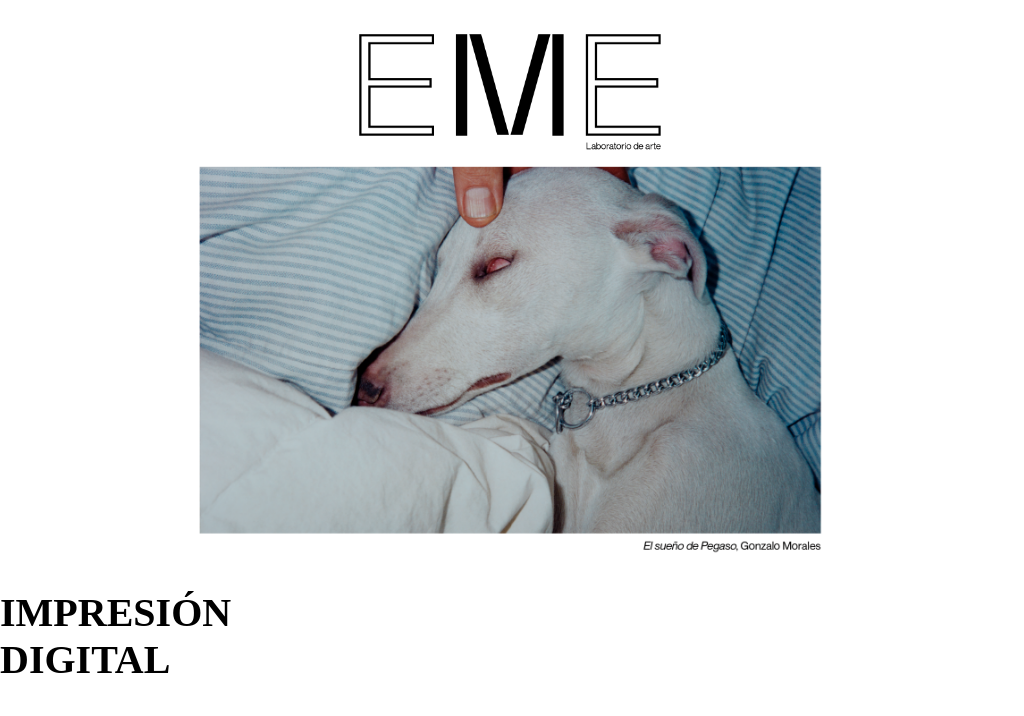
Repository: Manuelujano/eme-lab
Page: /
These files come from the project's save history. The page is drawn as it stood at one moment and after the next save; the edit follows.
The browser window is 1280 px wide. The pictures show the whole page, at 80% of full size.
Some web fonts or font styles are not loaded; a fallback is used. The project was rebuilt for these pictures with package versions that can differ from the ones it lists, and the page was loaded fresh each time. Also part of the build but not shown: src/components/Motion.js, src/components/Prueba.js, src/components/Digital.js, src/components/Trail.js.

Above is the page before, as saved 2020-10-23 16:56:11.

### public/index.html
<!DOCTYPE html>
<html lang="en">
  <head>
    <meta charset="utf-8" />
    <link rel="icon" href="%PUBLIC_URL%/favicon.ico" />
    <meta name="viewport" content="width=device-width, initial-scale=1" />
    <meta name="theme-color" content="#000000" />
    <link href="//db.onlinewebfonts.com/c/7980cc1889b6b0b264dc47cca659f7c2?family=Neue+Montreal" rel="stylesheet" type="text/css"/>
    <meta
      name="description"
      content="Web site created using create-react-app"
    />
    <link rel="apple-touch-icon" href="%PUBLIC_URL%/logo192.png" />
    <!--
      manifest.json provides metadata used when your web app is installed on a
      user's mobile device or desktop. See https://developers.google.com/web/fundamentals/web-app-manifest/
    -->
    <link rel="manifest" href="%PUBLIC_URL%/manifest.json" />
    <!--
      Notice the use of %PUBLIC_URL% in the tags above.
      It will be replaced with the URL of the `public` folder during the build.
      Only files inside the `public` folder can be referenced from the HTML.

      Unlike "/favicon.ico" or "favicon.ico", "%PUBLIC_URL%/favicon.ico" will
      work correctly both with client-side routing and a non-root public URL.
      Learn how to configure a non-root public URL by running `npm run build`.
    -->
    <title>React App</title>
  </head>
  <body>
    <noscript>You need to enable JavaScript to run this app.</noscript>
    <div id="root"></div>
    <!--
      This HTML file is a template.
      If you open it directly in the browser, you will see an empty page.

      You can add webfonts, meta tags, or analytics to this file.
      The build step will place the bundled scripts into the <body> tag.

      To begin the development, run `npm start` or `yarn start`.
      To create a production bundle, use `npm run build` or `yarn build`.
    -->
  </body>
</html>

### src/index.js
import React from 'react';
import ReactDOM from 'react-dom';
import { BrowserRouter } from 'react-router-dom';
import './index.css';
import App from './App';


ReactDOM.render(
  <BrowserRouter>
    <App />
  </BrowserRouter>,
  document.getElementById('root')
);

### src/index.css
body {
  margin: 0;
  font-family: "Neue Montreal";
  -webkit-font-smoothing: antialiased;
  -moz-osx-font-smoothing: grayscale;
}
@font-face {
  font-family: 'Montreal';
  src: url(font/NeueMontreal-Regular.woff);
  font-style: normal;
  font-weight: 100;

}
@font-face {
  font-family: 'Montreal';
  src: url(font/NeueMontreal-RegularItalic.woff);
  font-style: italic;
  font-weight: 100;
}

.trails-main {
  position: relative;
  width: 100%;
  height: 100%;
  overflow: hidden;
  cursor: pointer;
  display: flex;
  justify-content: center;
  align-items: center;
  transform: rotate(90deg);
}

.trails-text {
  position: relative;
  width: 100%;
  height: 70px;
  line-height:70px;
  color: black;
  font-size: 4em;
  font-weight: 100;
  text-transform: uppercase;
  will-change: transform, opacity;
  overflow: hidden;
}

.trails-text > div {
  overflow: hidden;
}
code {
  font-family: source-code-pro, Menlo, Monaco, Consolas, 'Courier New',
    monospace;
}

.logo {
  display: block;
  margin: auto;
  width: 400px;
  padding-top: 2em;
}

.pegaso {
  display: block;
  margin: auto;
  width: 800px;
}

.digital {
  font-size: 50px;
}

### src/App.js
import React from 'react';
import Header from './components/Header';
import Motion from './components/Motion';
import Pegaso from './components/Pegaso';
import { AnimatePresence } from 'framer-motion';
import { BrowserRouter as Router, Switch, Route } from 'react-router-dom';

import Prueba from './components/Prueba';

import Digital from './components/Digital';
import Trail from './components/Trail';




function App() {
  return (
  <Router>
  <Header/>
  <Route
  render={({location})=> (
    <AnimatePresence initial={false} exitBeforeEnter>
      <Switch location={location} key={location.pathname}>
      <Route exact path='/' render={()=> <Pegaso/>}/>
      <Route path='/digital' render={()=> <Digital/>}/>
      </Switch>
    </AnimatePresence>
  )}

  />


   {/* <Prueba></Prueba> */}
   {/* <Trail></Trail> */}

  {/*  <Motion></Motion> */}

  </Router>
  );
}

export default App;

### src/components/Header.js
import React from 'react';

import { Link } from 'react-router-dom';

import logoblanco from '../img/logoblanco.png';
import Container from '@material-ui/core/Container';

const Header = () => {
    return (
        <header>

            <Container maxWidth="sm">
            <Link to='/'>
            <img  className="logo" src={logoblanco}/>
            </Link>
            </Container>
        </header>
    )
}

export default Header

### src/components/Pegaso.js
import React from 'react'
import pegaso from '../img/pegaso.png';
import { motion } from 'framer-motion';
import { Link } from 'react-router-dom';


const transition = { duration: 0.6, ease: [0.43, 0.13, 0.23, 0.96]}

const Pegaso = () => {
    return (
        <div>

            <div>
             <motion.img
             className="pegaso"
             src={pegaso}
             whileHover={{ scale: 1.02 }}
             transition={transition}/>
            </div>
            <div>
                <h2 className="digital">
                    IMPRESIÓN <br/> DIGITAL
                </h2>
            </div>

        </div>
    )
}

export default Pegaso

After the next save:
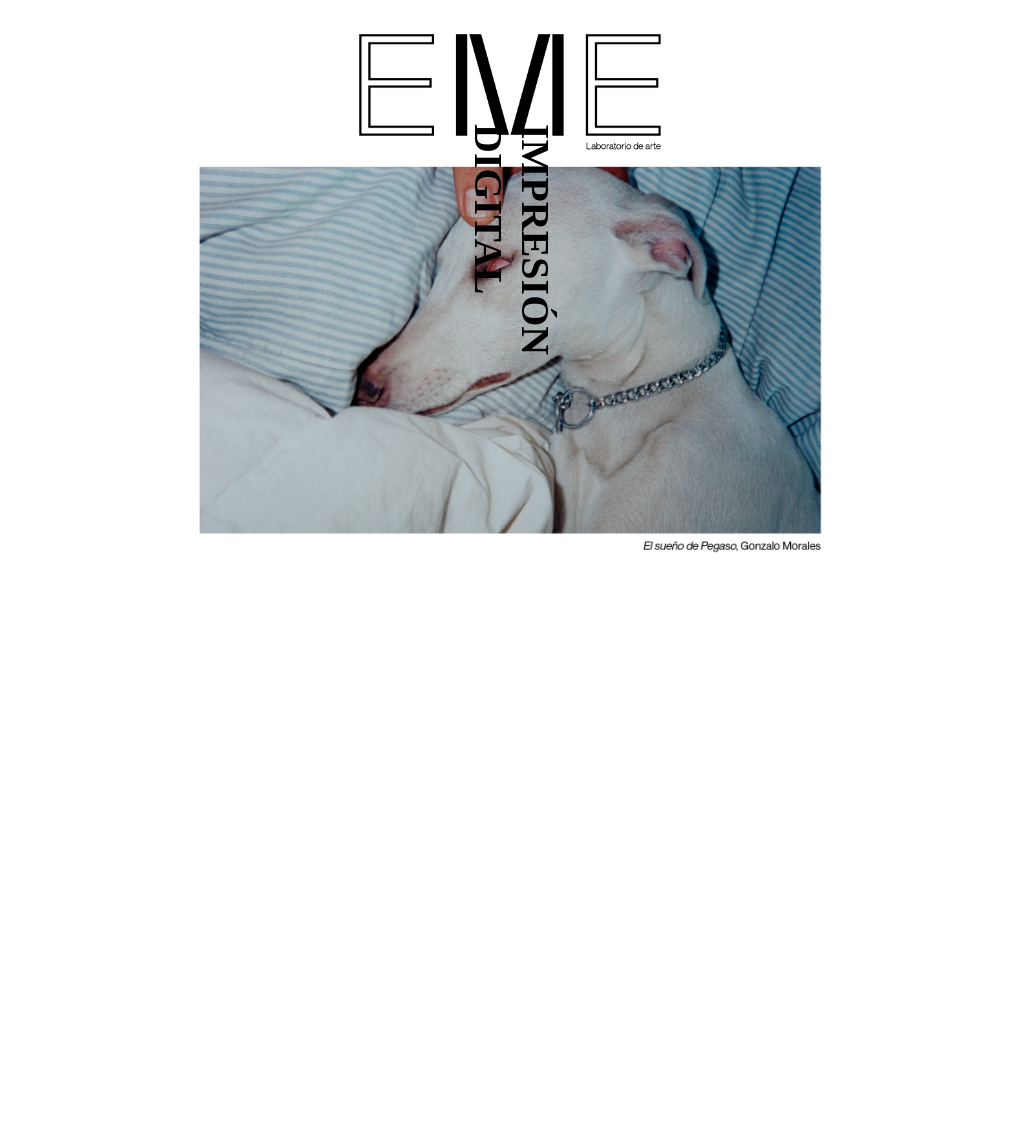
Saved 16 s later.
--- a/src/index.css
+++ b/src/index.css
@@ -66,4 +66,5 @@
 
 .digital {
   font-size: 50px;
+  transform: rotate(90deg);
 }

After the save that followed:
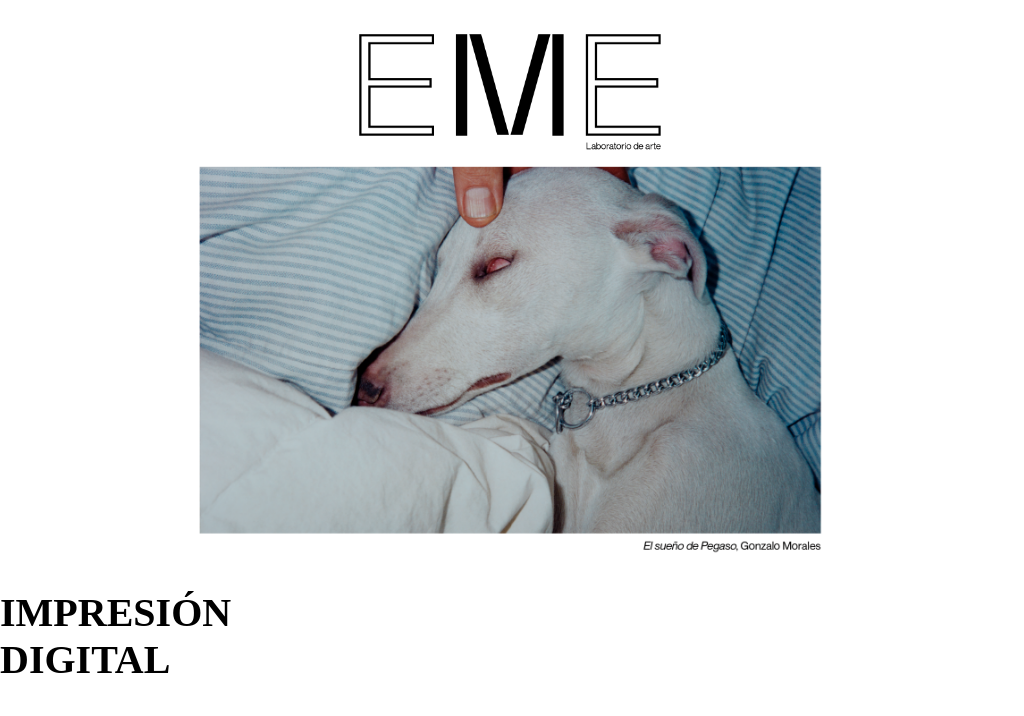
Saved 5 s later.
--- a/src/index.css
+++ b/src/index.css
@@ -66,5 +66,5 @@
 
 .digital {
   font-size: 50px;
-  transform: rotate(90deg);
+
 }
